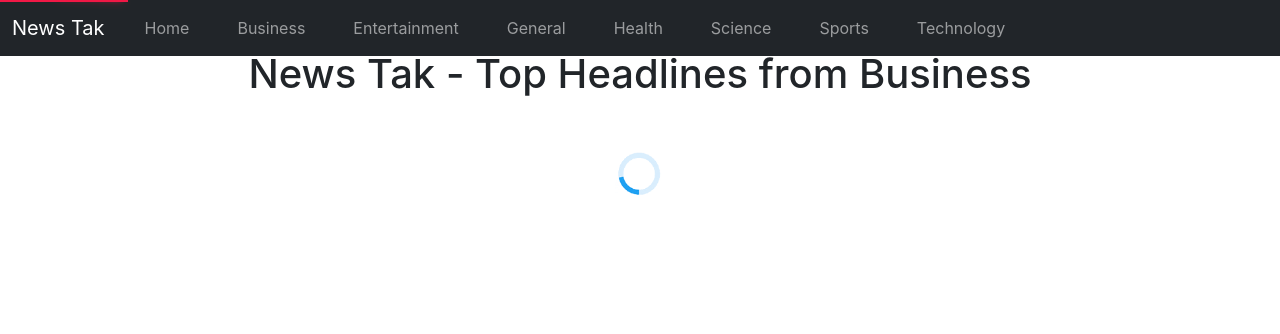
Repository: Rohit-foryou/News-website
Page: /business
The author's editor kept a copy of each file at every save. The page is drawn from the files as they stood at one save, then again after the next save.
The browser window is 1280 px wide. The pictures show the whole page.
The page's requests for data from a server got no answer. The project was rebuilt for these pictures with package versions that can differ from the ones it lists, and the page was loaded fresh each time. No one was signed in, and anything a server would have sent is missing. Also part of the build but not shown: src/Components/NewsItem.js.

Above is the page before, as saved 2024-01-12 11:23:45.

After the next save:
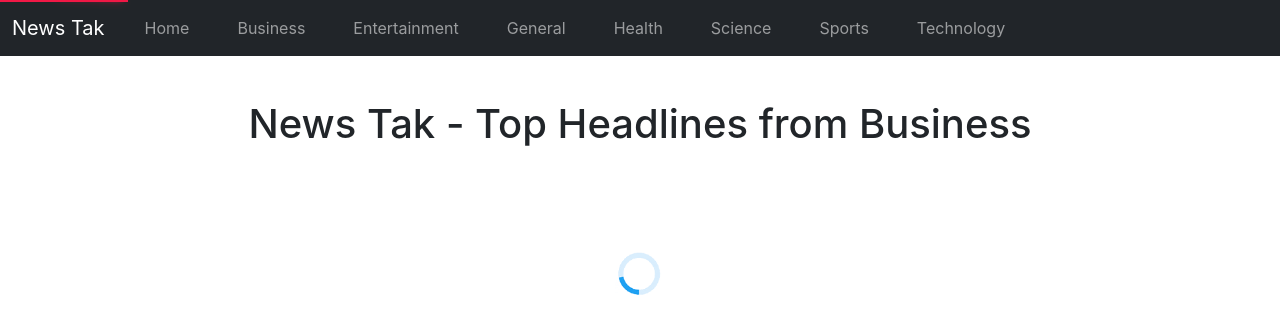
Saved 6 s later.
--- a/src/Components/News.js
+++ b/src/Components/News.js
@@ -68,7 +68,7 @@ useEffect(() => {
 
     return (
       <>
-        <h1 className="text-center" style={{ margin: '50px 0px' }}>News Tak - Top Headlines from {capitalizeFirstLetter(props.category)}</h1>
+        <h1 className="text-center" style={{ margin: '100px 0px' }}>News Tak - Top Headlines from {capitalizeFirstLetter(props.category)}</h1>
         {loading && <Spinner/>}
 
         <InfiniteScroll
